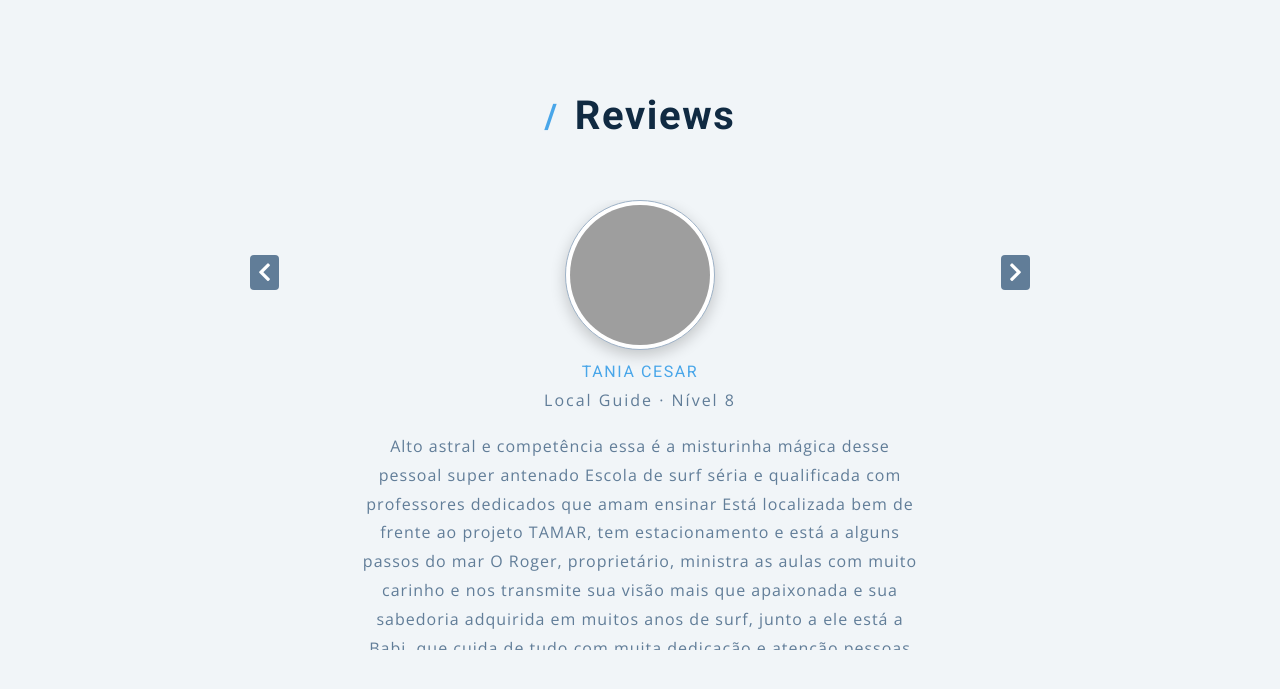
Repository: araguaci/floripasurfclub-reviews
Page: index.html
The author's editor kept a copy of each file at every save. The page is drawn from the files as they stood at one save, then again after the next save.
The browser window is 1280 px wide. The pictures show the whole page.
Pictures or frames that could not be fetched are drawn as grey boxes. Some web libraries are served in a nearby version.

Above is the page before, as saved 2021-08-23 20:32:38.

After the next save:
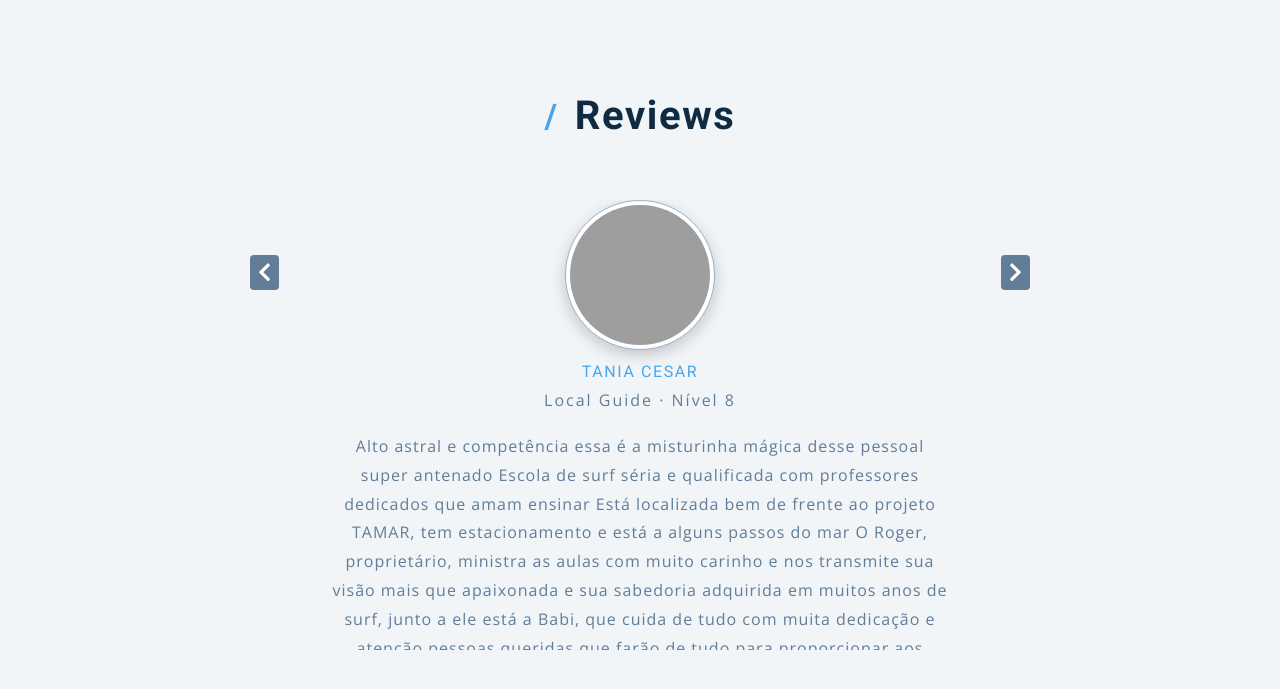
Saved 3 min 53 s later.
--- a/styles.css
+++ b/styles.css
@@ -198,7 +198,7 @@
 .text {
   color: var(--clr-grey-5);
   line-height: 1.8;
-  max-width: 35em;
+  max-width: 45em;
   margin: 0 auto;
   letter-spacing: 1px;
 }
